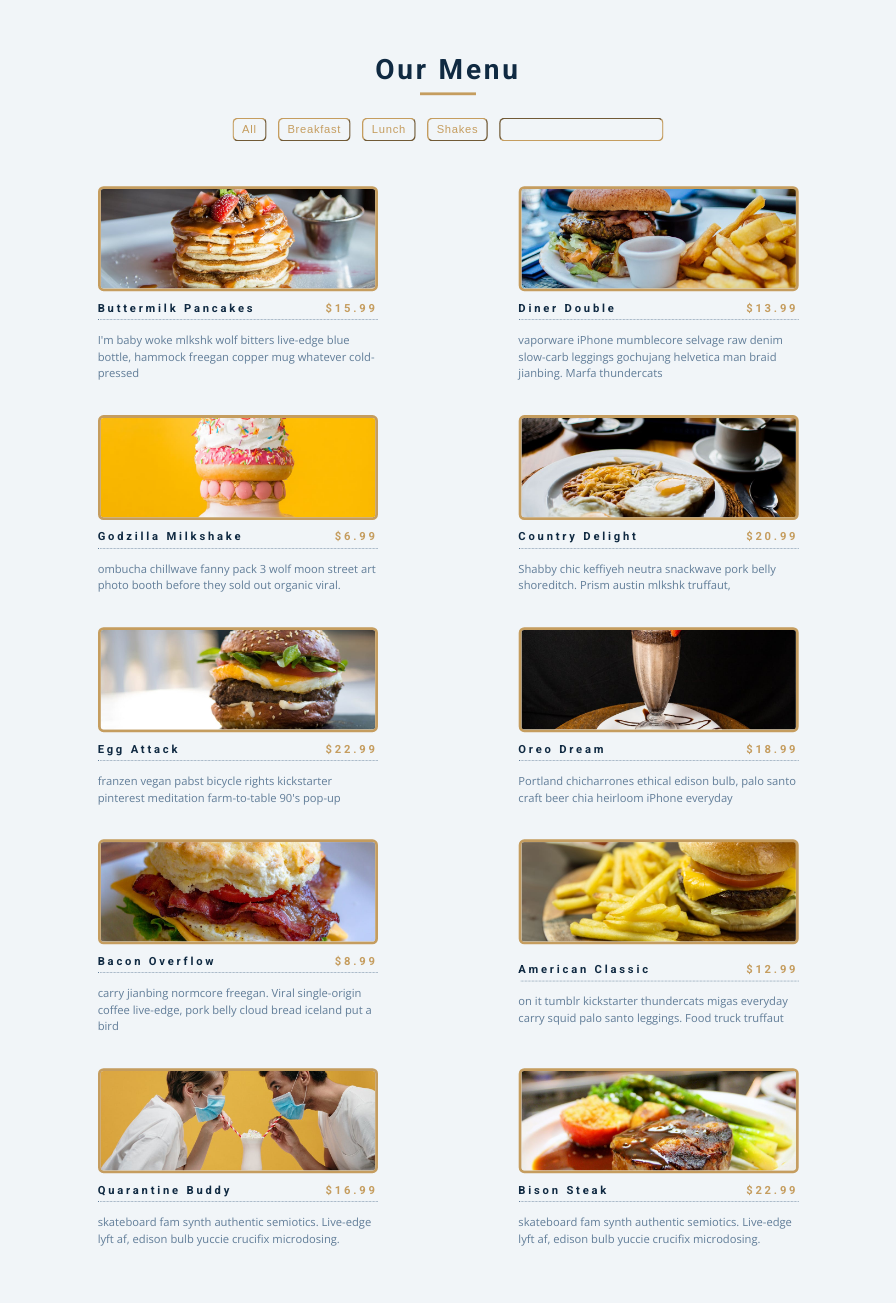
Repository: Hasmik-icml/menuFilter
Page: index.html
These files come from the project's save history. The page is drawn as it stood at one moment and after a run of saves; the edit follows.
The browser window is 1280 px wide. The pictures show the whole page, at 70% of full size.
Pictures or frames that could not be fetched are drawn as grey boxes. Some web libraries are served in a nearby version.

Above is the page before, as saved 2022-02-15 21:51:29.

After the next 2 saves:
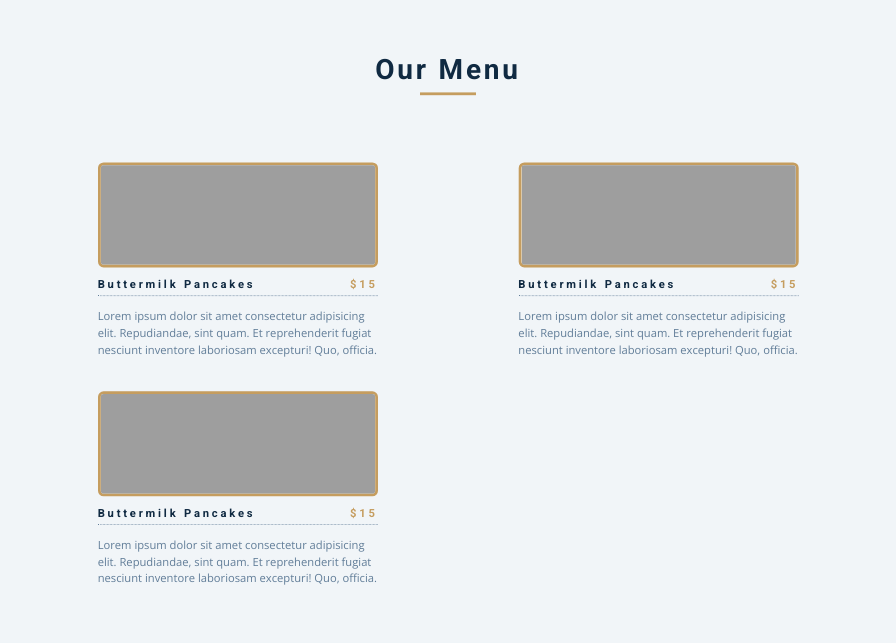
Console error: SyntaxError: Unexpected token '}'
The 2 saves are shown as one change because they came seconds apart.
The last was saved 7 s later.
--- a/app.js
+++ b/app.js
@@ -76,7 +76,7 @@
     searchText = e.target.value;
   })
   menu.filter(filterItem => {
-    return filterItem
+    return filterItem.category ===
   });
   displayMenuItems(searchText);
 }

After the 3 saves that followed:
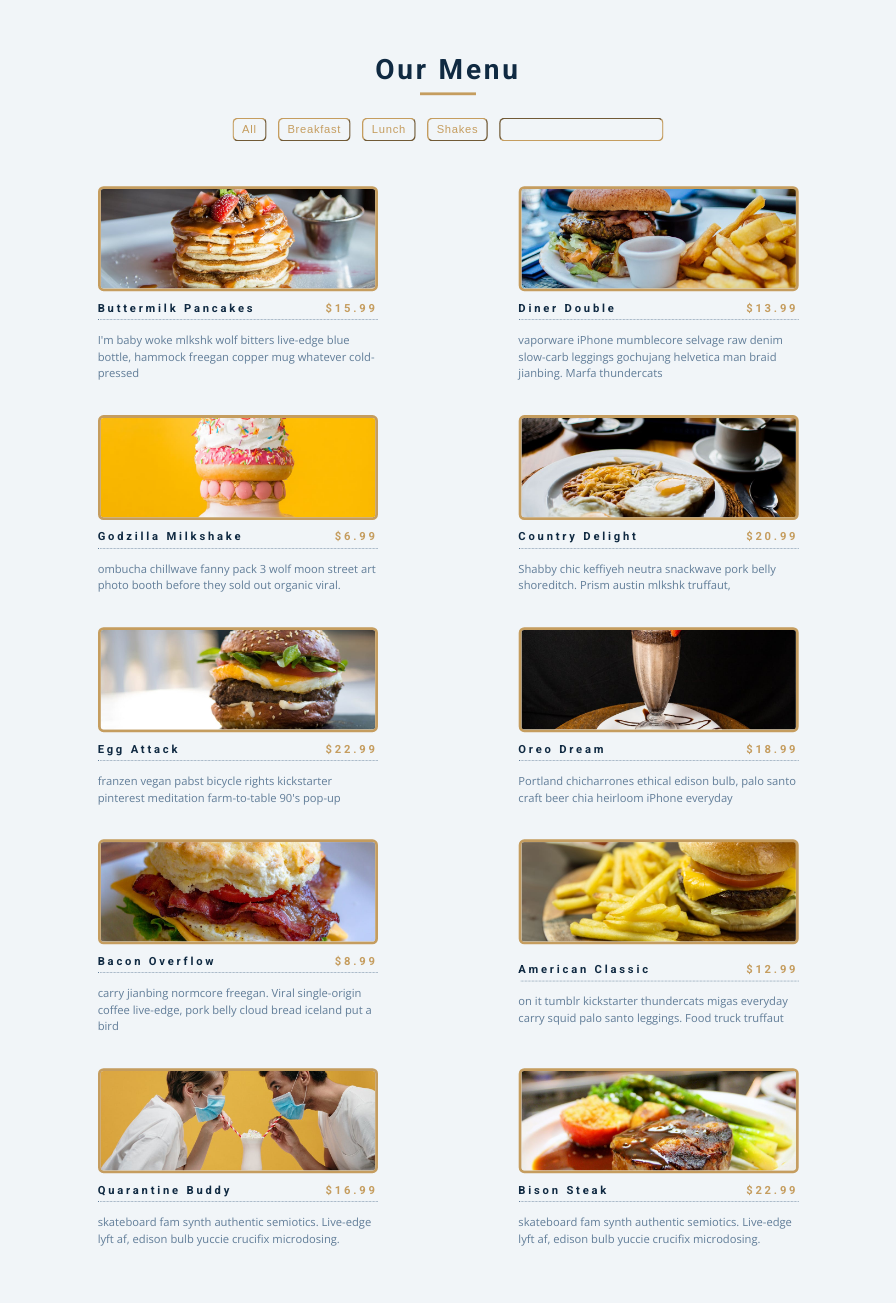
The error is gone.
The 3 saves are shown as one change because they came seconds apart.
The last was saved 9 s later.
--- a/app.js
+++ b/app.js
@@ -76,7 +76,7 @@
     searchText = e.target.value;
   })
   menu.filter(filterItem => {
-    return filterItem.category ===
+    return filterItem.category === searchText;
   });
   displayMenuItems(searchText);
 }
